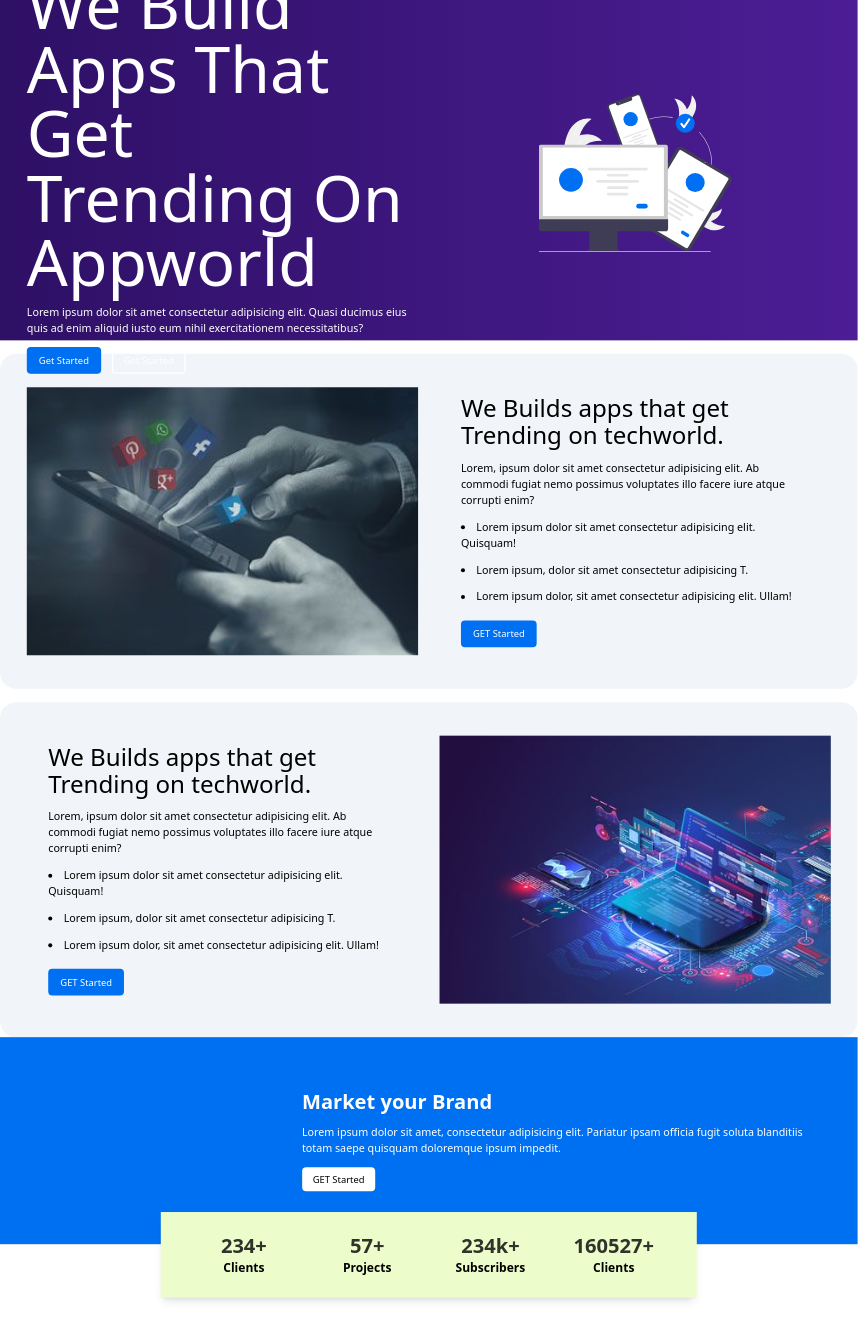
Repository: Kish202/Coz-Marketing-Site
Page: / (app in frontend/)
The author's editor kept a copy of each file at every save. The page is drawn from the files as they stood at one save, then again after the next save.
The browser window is 1280 px wide. The pictures show the whole page, at 67% of full size.
Pictures or frames that could not be fetched are drawn as grey boxes. The project was rebuilt for these pictures with package versions that can differ from the ones it lists, and the page was loaded fresh each time. Also part of the build but not shown: frontend/vite.config.js.

Above is the page before, as saved 2025-05-25 11:39:46.

After the next save:
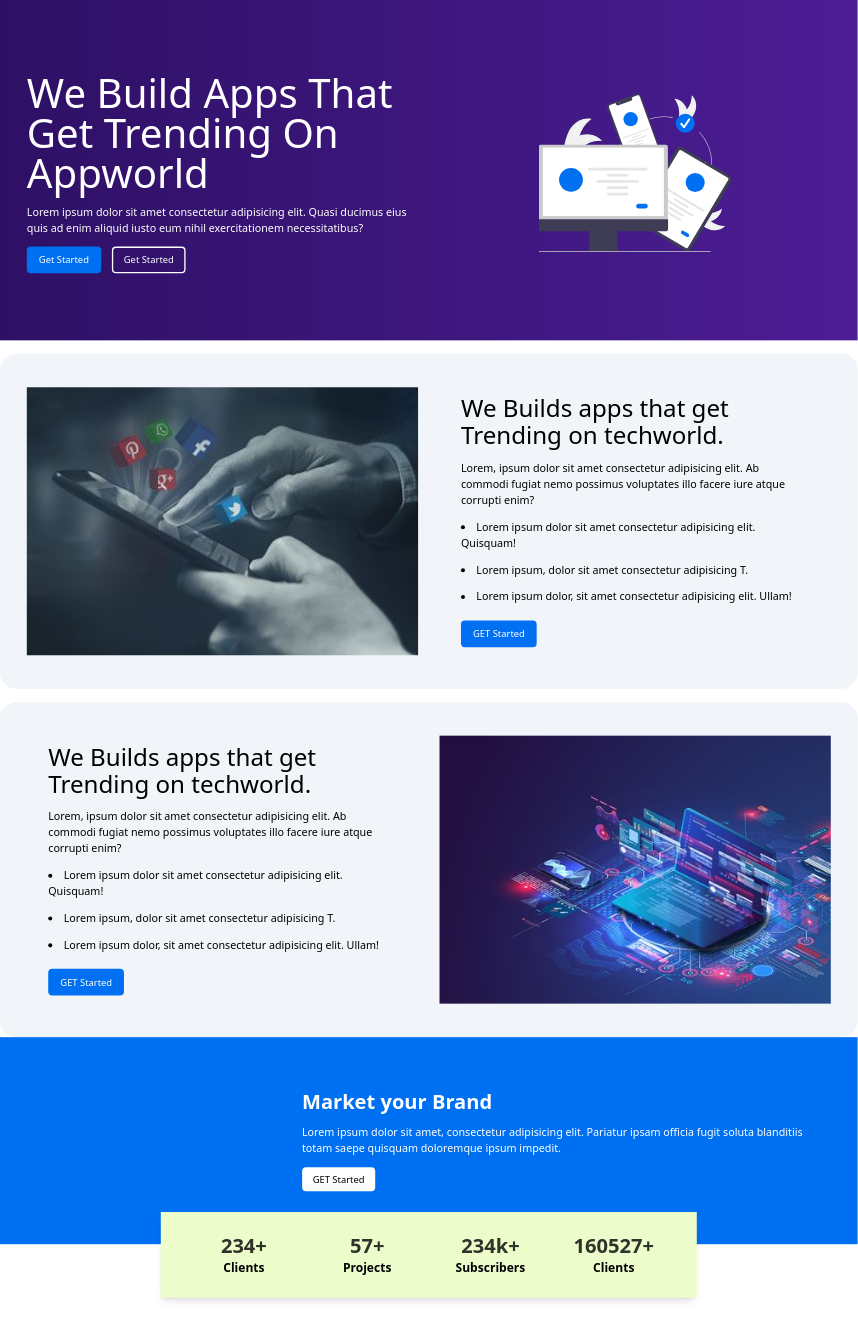
Saved 7 s later.
--- a/frontend/src/components/Hero/Hero.jsx
+++ b/frontend/src/components/Hero/Hero.jsx
@@ -87,7 +87,7 @@ const Hero = () => {
             data-aos-once="false"
             className="flex flex-col items-center gap-4 text-center text-white md:items-start md:text-left "
           >
-              <h1 className=" text-8xl ">
+              <h1 className=" text-6xl ">
               We Build Apps That Get Trending On Appworld
             </h1>
             <p className="">
